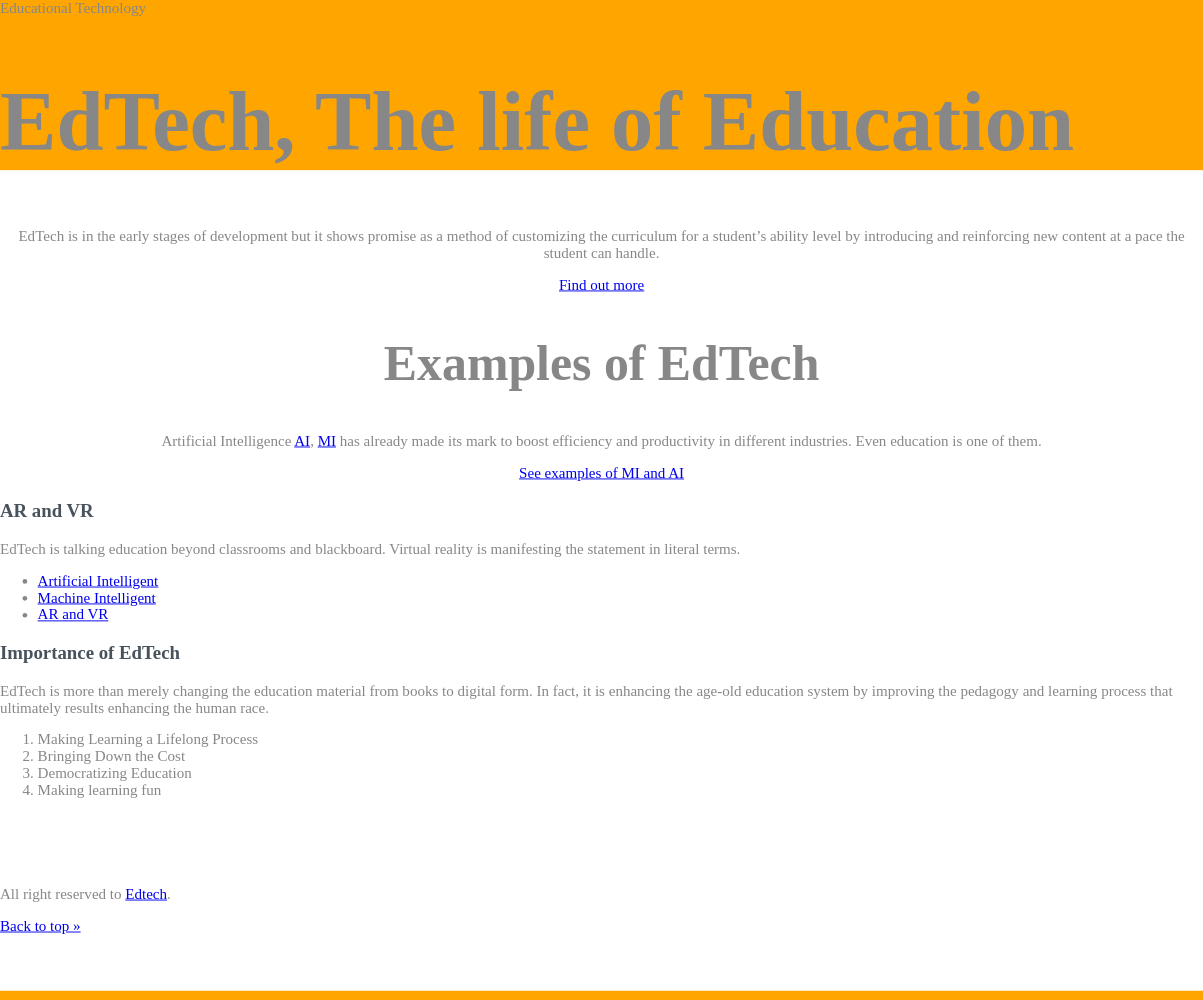
Repository: tunmishyi/edtech
Page: index.html
These files come from the project's save history. The page is drawn as it stood at one moment and after the next save; the edit follows.
The browser window is 1280 px wide. The pictures show the whole page, at 94% of full size.

Above is the page before, as saved 2020-06-06 17:32:19.

### index.html
<html>
	<head>
		<title>EdTech</title>
		<link rel="stylesheet" href="/home/peterolayinka/Documents/archive/tutorial/jumoke/css/style.css">
	</head>
	<body>
		<header id="top" class="main-header">
			<span>Educational Technology</span>
			<h1>EdTech, The life of Education</h1>
		</header>

		<div class="primary-content">
			<p>
					EdTech is in the early stages of development but it shows promise as a method of customizing the curriculum for a student’s ability level by introducing and reinforcing new content at a pace the student can handle.
			</p>
			<a href="#">Find out more</a>
			<h2>Examples of EdTech</h2>
			<p>
				Artificial Intelligence <a href="#">AI</a>, <a href="#">MI</a> has already made its mark to boost efficiency and productivity in different industries. Even education is one of them.
			</p>
			<a href="#" class="callout">See examples of MI and AI</a>
		</div>

		<div class="secondary-content">
			<h3>AR and VR</h3>
				<p>
					EdTech is talking education beyond classrooms and blackboard. Virtual reality is manifesting the statement in literal terms.
				</p>
				<ul>
					<li><a href="#">Artificial Intelligent</a></li>
					<li><a href="#">Machine Intelligent</a></li>
					<li><a href="#">AR and VR</a></li>
				</ul>
				<h3>Importance of EdTech</h3>
				<p>
					EdTech is more than merely changing the education material from books to digital form. In fact, it is enhancing the age-old education system by improving the pedagogy and learning process that ultimately results enhancing the human race.
				</p>
				<ol>
					<li>Making Learning a Lifelong Process</li>
					<li>Bringing Down the Cost</li>
					<li>Democratizing Education</li>
					<li>Making learning fun</li>
				</ol>
			</div>

			<footer id="main-footer">
				<p>All right reserved to <a href="#">Edtech</a>.</p>
				<a href="#top">Back to top &raquo;</a>
			</footer>
	</body>
</html>

### style.css

body {
   color: #878787;
   margin: 0;
}
.main-header {
    background-color: orange;
}

h1 {
    font-size: 90px;
    color: wite;
    }

    h2 {
        font-size: 53px;
    }

    h3 {
        font-size: 20px;
        color: #48525c;
    }

    .primary-content {
        text-align: center
    }

    .secondary-content {
        border-top: 2px sold lightgrey;
    }

    #main-footer {
        padding-top: 60px;
        padding-bottom: 60px;
        border-bottom: solid 10px orange;
    }

After the next save:
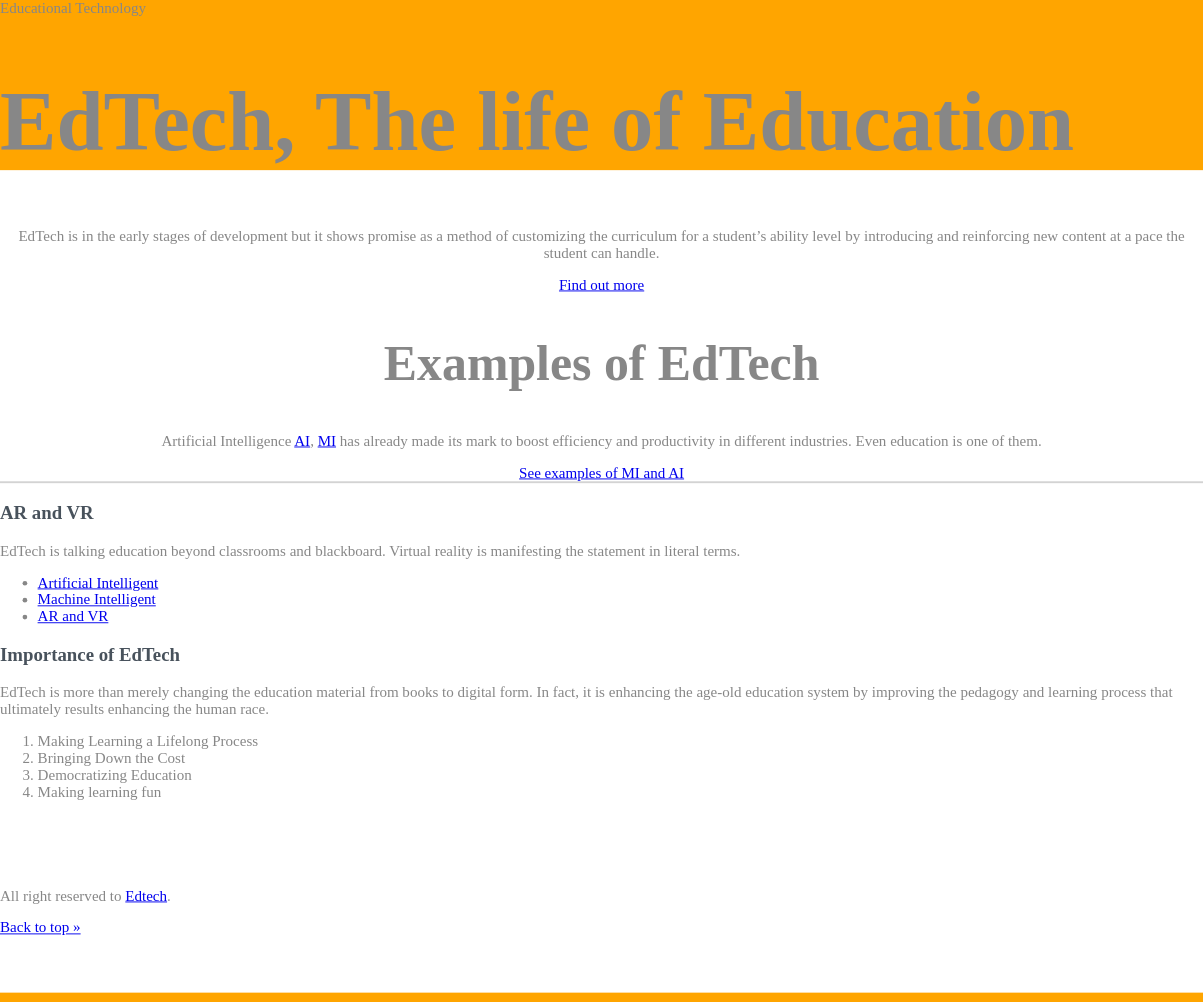
Saved 62 s later.
--- a/style.css
+++ b/style.css
@@ -26,7 +26,7 @@ h1 {
     }
 
     .secondary-content {
-        border-top: 2px sold lightgrey;
+        border-top: 2px solid lightgrey;
     }
 
     #main-footer {
